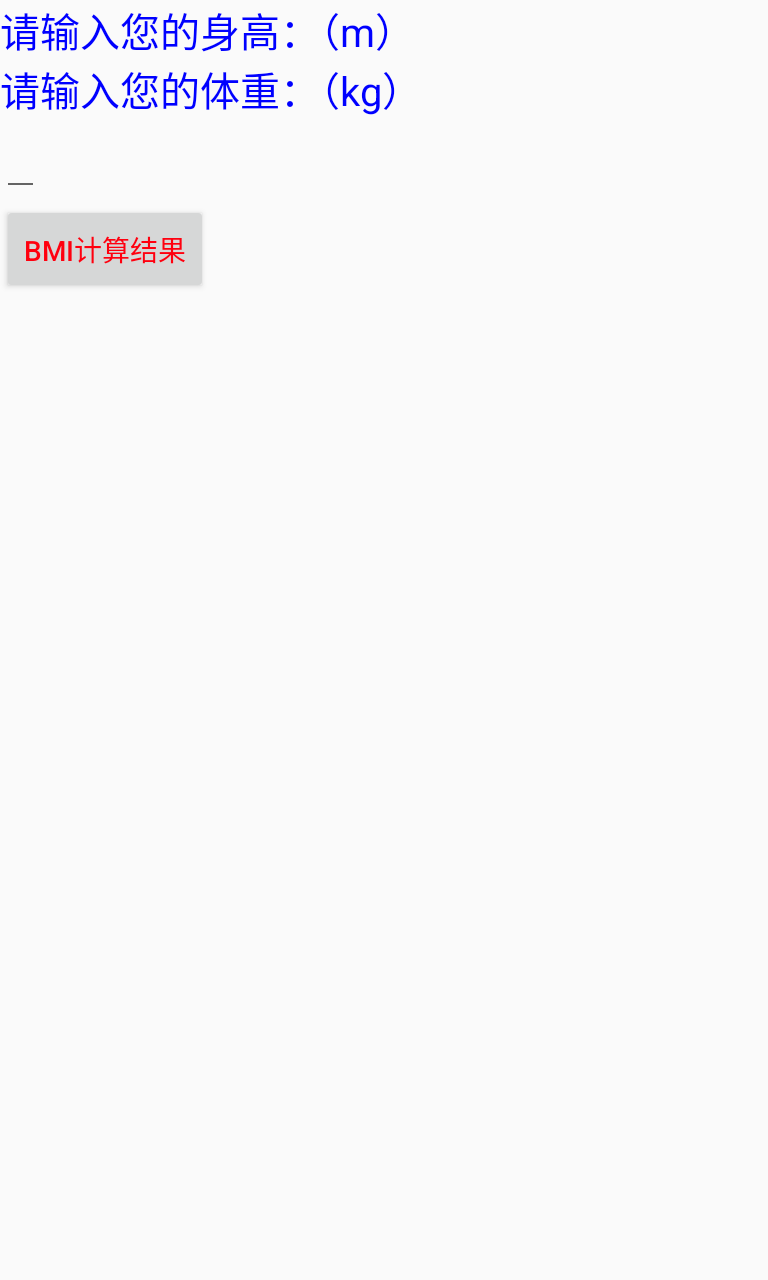
Repository: A207/guanjingjing
Layout: day4/nana/res/layout/activity_main.xml
The author's editor kept a copy of each file at every save. The layout is drawn from the files as they stood at one save, then again after the next save.
It is drawn on a 768 x 1280 px phone screen (xhdpi) without system bars, with theme AppTheme; the app's code is not run.

Above is the layout before, as saved 2015-07-13 05:29:56.

### day4/nana/res/layout/activity_main.xml
<?xml version="1.0" encoding="utf-8"?>


<LinearLayout
    xmlns:android="http://schemas.android.com/apk/res/android"
    android:orientation="vertical"
    android:layout_width="fill_parent"
    android:layout_height="fill_parent"
    >

    <TextView
        android:layout_width="wrap_content"
        android:layout_height="wrap_content"
        android:text="请输入您的身高：（m）"
        android:textColor="#0000FF"
        android:textSize="20dp"
        android:id="@+id/height"
        />
    <TextView
        android:layout_width="wrap_content"
        android:layout_height="wrap_content"
        android:text="请输入您的体重：（kg）"
        android:textColor="#0000FF"
        android:textSize="20dp"
        />
    <EditText
        android:layout_width="wrap_content"
        android:layout_height="wrap_content"
        android:id="@+id/weight"
        android:inputType="number"
        />
<Button
    android:layout_width="wrap_content"
    android:layout_height="wrap_content"
    android:text="BMI计算结果"
    android:textColor="#FF000F"
    android:id="@+id/BMIbutton"
    />
    <TextView
        android:layout_width="wrap_content"
        android:layout_height="wrap_content"
        android:id="@+id/show"
        android:textColor="#0000F0"
        android:textSize="20dp"
        />
</LinearLayout>

Loaded but not shown: day4/nana/res/values/styles.xml (common file); day4/nana/res/values-v11/styles.xml (common file); day4/nana/res/values-v14/styles.xml (common file)

After the next save:
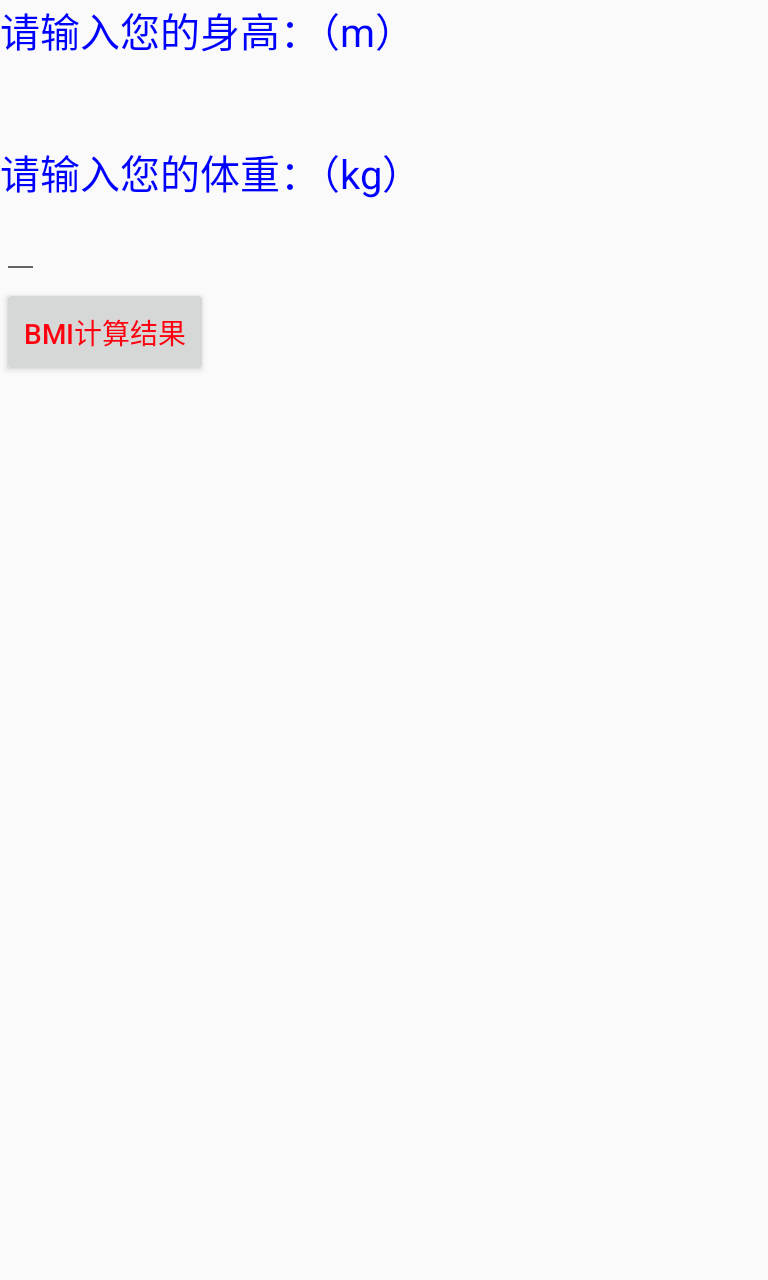
Saved 88 s later.
--- a/day4/nana/res/layout/activity_main.xml
+++ b/day4/nana/res/layout/activity_main.xml
@@ -14,8 +14,12 @@
         android:text="请输入您的身高：（m）"
         android:textColor="#0000FF"
         android:textSize="20dp"
-        android:id="@+id/height"
         />
+    <EditText
+    android:layout_width="fill_content"
+    android:layout_height="wrap_content"
+    android:id="@+id/height"
+   />
     <TextView
         android:layout_width="wrap_content"
         android:layout_height="wrap_content"
